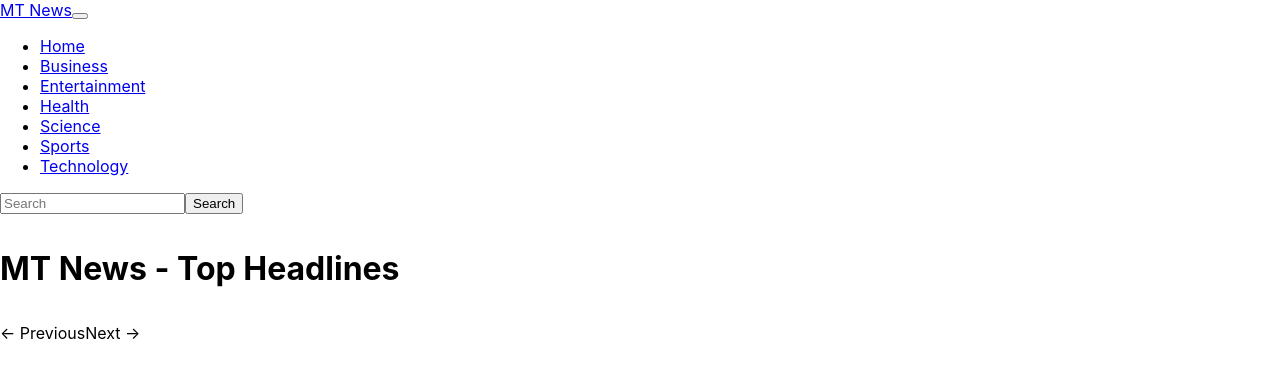
Repository: professorsourabh/news_website_using-ReactJS
Page: /health
The author's editor kept a copy of each file at every save. The page is drawn from the files as they stood at one save, then again after the next save.
The browser window is 1280 px wide. The pictures show the whole page.
The page's requests for data from a server got no answer. The project was rebuilt for these pictures with package versions that can differ from the ones it lists, and the page was loaded fresh each time. No one was signed in, and anything a server would have sent is missing. Also part of the build but not shown: src/Components/NewsaItem.js.

Above is the page before, as saved 2023-05-26 11:51:17.

After the next save:
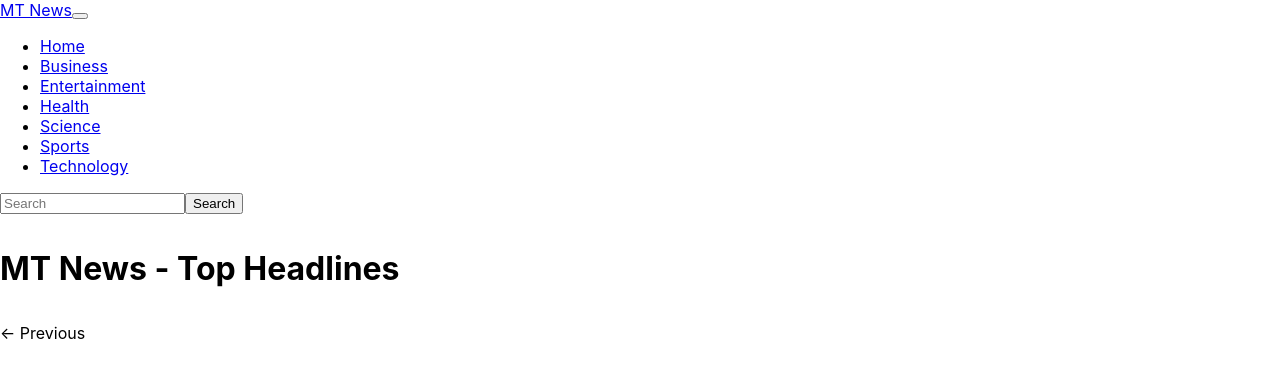
Saved 40 s later.
--- a/src/Components/News.js
+++ b/src/Components/News.js
@@ -84,7 +84,7 @@ export class News extends Component {
         )}
         <div className="container d-flex justify-content-between">
             <a disabled={this.state.page<=1} type="button" className="btn btn-primary" onClick={this.handlePrevious}>&larr; Previous</a>
-            <a disabled={this.state.page<=1} type="button" className="btn btn-primary" onClick={this.handleNext}>Next &rarr;</a>
+            {/* <a disabled={this.state.page<=1} type="button" className="btn btn-primary" onClick={this.handleNext}>Next &rarr;</a> */}
             </div>
       </div>
     );
